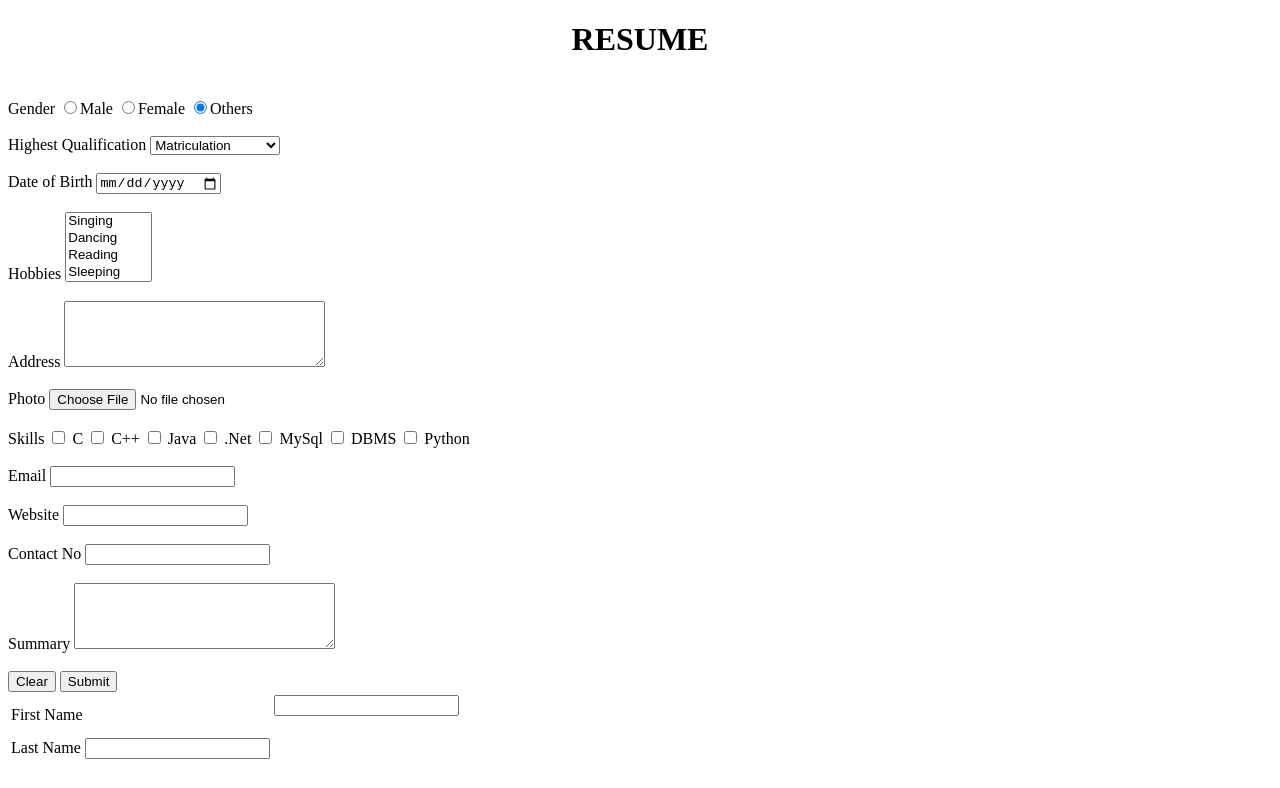
Repository: Rccalfa123/JEE
Page: MyFirstServlet/WebContent/Resume.html
An editor plug-in stored every save of this project. The page is shown before and after the next save, followed by the edit.
The browser window is 1280 px wide. The pictures show the whole page.

Above is the page before, as saved 2018-08-07 08:44:44.

After the next save:
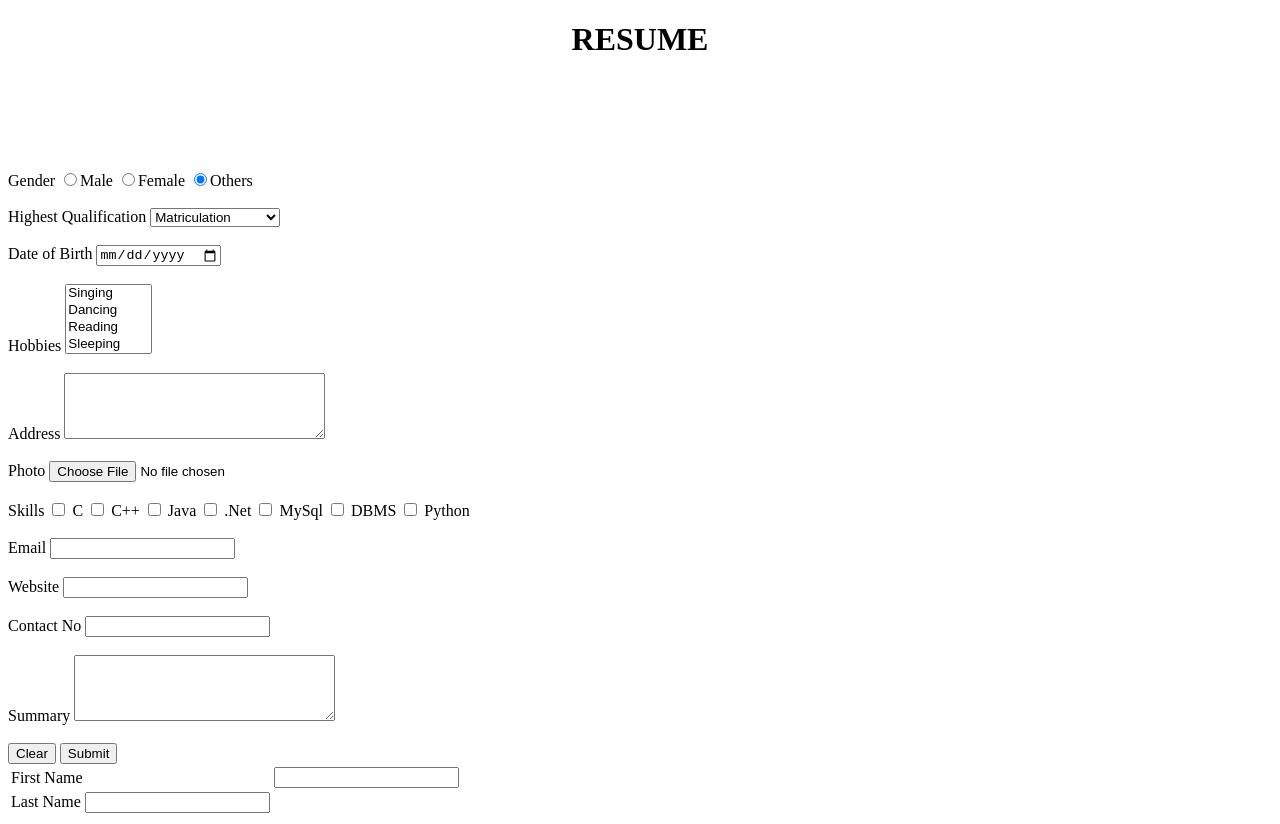
Saved 42 s later.
--- a/MyFirstServlet/WebContent/Resume.html
+++ b/MyFirstServlet/WebContent/Resume.html
@@ -8,9 +8,9 @@
    <form action="ms1.java" method="get">
    <h1 align="center"> RESUME </h1><br>
   <table>
-   <tr><td>First Name </td><td><input type="text" name="fname"><br><br></td></tr>
+   <tr><td>First Name </td><td><input type="text" name="fname"></td></tr><br><br>
 
-   <tr><td>Last Name  <input type="text" name="lname"><br><br></td></tr>
+   <tr><td>Last Name  <input type="text" name="lname"></td></tr><br><br>
 
    Gender <input type="radio" name = "gender" value="male" checked="checked">Male
    		  <input type="radio" name = "gender" value="female" checked="checked">Female
